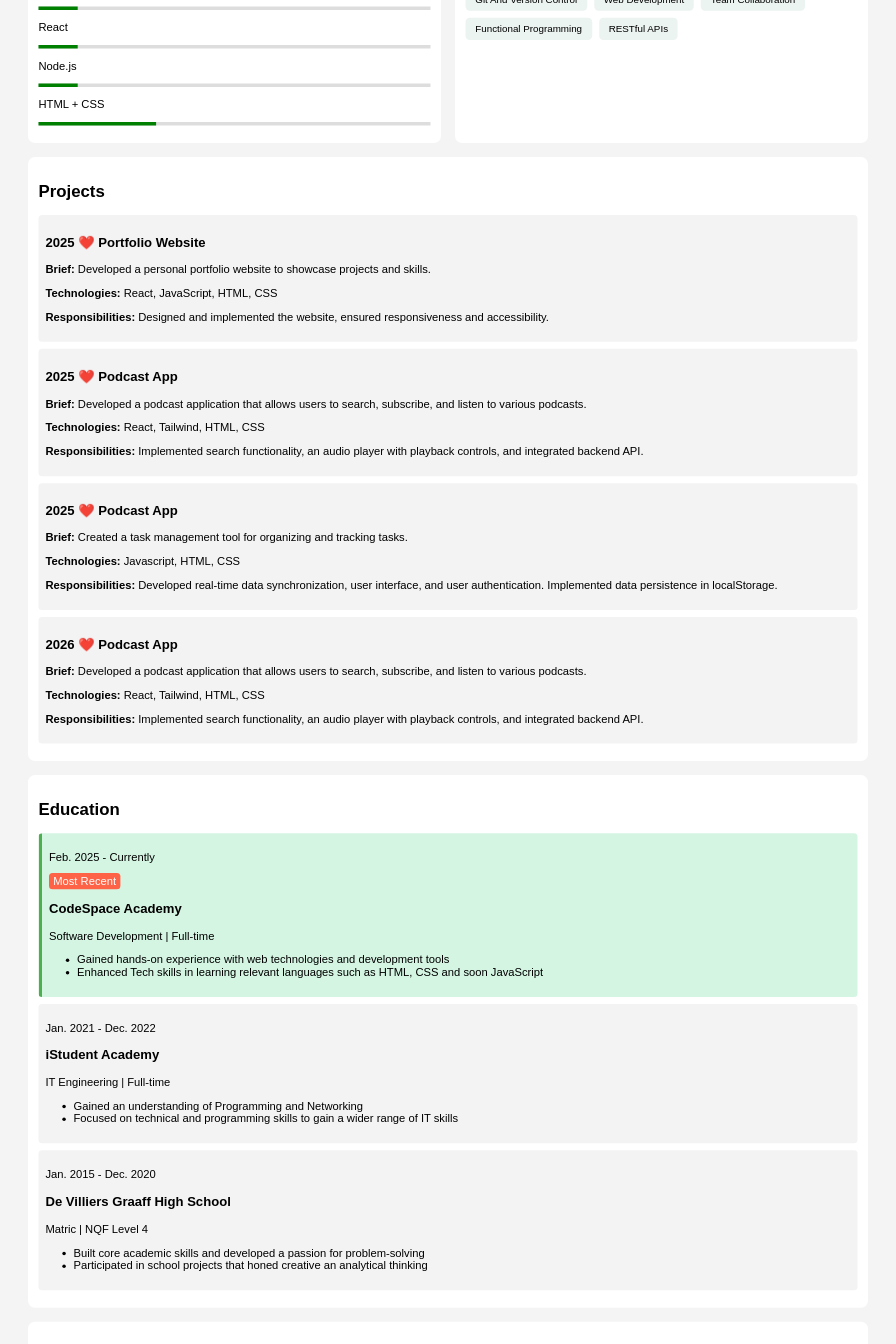
Repository: andajonas/ANDJON25111_fto2502_A2_AndaJonas_SDF_Portfolio_Piece
Page: index.html
An editor plug-in stored every save of this project. The page is shown before and after a run of saves, followed by the edit.
The browser window is 1280 px wide. The pictures show the part of the page from y = 345 to 2265 px (the page is 3128 px tall), at 70% of full size.
A picture or video elsewhere on the page could not be fetched, so the positions and the page height are approximate.

Above is the page before, as saved 2025-04-03 18:24:46.

### index.html
<!DOCTYPE html>
<html lang="en">
<head>
    <meta charset="UTF-8">
    <meta name="viewport" content="width=device-width, initial-scale=1.0">
    <title>Developer Resume</title>
    <link rel="stylesheet" href="styles.css">
</head>
<body>

<div class="container">
    <!-- Profile Section -->
    <section class="profile">
        <img src="profile.jpg" alt="Profile Picture" class="profile-pic">
        <div class="profile-info">
            <h1>Anda Jonas</h1>
            <p>I am a beginner Software Developer passionate about building clean and responsive websites that are aesthetically pleasing as well as functional. I am always seeking to refine my skills and stay up to date with the latest trends.</p>
        </div>
    </section>

    <!-- Proficiency and Skills Section -->
    <section class="skills-container">
        <div class="proficiency">
            <h2>Proficiency</h2>
            <p><strong>Beginner Intermediate Advanced</strong></p>
            <p>JavaScript</p><div class="bar"><div class="progress" style="width: 10%;"></div></div>
            <p>React</p><div class="bar"><div class="progress" style="width: 10%;"></div></div>
            <p>Node.js</p><div class="bar"><div class="progress" style="width: 10%;"></div></div>
            <p>HTML + CSS</p><div class="bar"><div class="progress" style="width: 30%;"></div></div>
        </div>

        <div class="skills">
            <h2>Skills</h2>
            <div class="skill-tags">
                <span class="skill-item">Software Development</span>
                <span class="skill-item">Agile</span>
                <span class="skill-item">UI Design</span>
                <span class="skill-item">Problem Solving</span>
                <span class="skill-item">Git And Version Control</span>
                <span class="skill-item">Web Development</span>
                <span class="skill-item">Team Collaboration</span>
                <span class="skill-item">Functional Programming</span>
                <span class="skill-item">RESTful APIs</span>
            </div>
        </div>
    </section>

    <!-- Projects Section -->
    <section class="projects">
        <h2>Projects</h2>
        <div class="project-card">
            <h3>2025 ❤️ Portfolio Website</h3>
            <p><strong>Brief:</strong> Developed a personal portfolio website to showcase projects and skills.</p>
            <p><strong>Technologies:</strong> React, JavaScript, HTML, CSS</p>
            <p><strong>Responsibilities:</strong> Designed and implemented the website, ensured responsiveness and accessibility.</p>
        </div>

        <div class="project-card">
            <h3>2025 ❤️ Podcast App</h3>
            <p><strong>Brief:</strong> Developed a podcast application that allows users to search, subscribe, and listen to various podcasts.</p>
            <p><strong>Technologies:</strong> React, Tailwind, HTML, CSS</p>
            <p><strong>Responsibilities:</strong> Implemented search functionality, an audio player with playback controls, and integrated backend API.</p>
        </div>

        <div class="project-card">
            <h3>2025 ❤️ Podcast App</h3>
            <p><strong>Brief:</strong> Created a task management tool for organizing and tracking tasks.</p>
            <p><strong>Technologies:</strong> Javascript, HTML, CSS</p>
            <p><strong>Responsibilities:</strong> Developed real-time data synchronization, user interface, and user authentication. Implemented data persistence in localStorage.</p>
        </div>

        <div class="project-card">
            <h3>2026 ❤️ Podcast App</h3>
            <p><strong>Brief:</strong> Developed a podcast application that allows users to search, subscribe, and listen to various podcasts.</p>
            <p><strong>Technologies:</strong> React, Tailwind, HTML, CSS</p>
            <p><strong>Responsibilities:</strong> Implemented search functionality, an audio player with playback controls, and integrated backend API.</p>
        </div>
    </section>

    <!-- Education Section -->
    <section class="education">
        <h2>Education</h2>
        <div class="education-card green">
            <div class="exp-header">
                <p class="date">Feb. 2025 - Currently</p>
                <span class="tag">Most Recent</span>
            </div>
            <h3>CodeSpace Academy</h3>
            <p class="company">Software Development | Full-time</p>
            <ul>
                <li>Gained hands-on experience with web technologies and development tools</li>
                 <li>Enhanced Tech skills in learning relevant languages such as HTML, CSS and soon JavaScript</li>
        </div>

        <div class="education-card">
            <p class="date">Jan. 2021 - Dec. 2022</p>
            <h3>iStudent Academy</h3>
            <p class="company">IT Engineering | Full-time</p>
            <ul>
                <li>Gained an understanding of Programming and Networking</li>
                <li>Focused on technical and programming skills to gain a wider range of IT skills</li>
            </ul>
        </div>
        <div class="education-card">
            <p class="date">Jan. 2015 - Dec. 2020</p>
            <h3>De Villiers Graaff High School</h3>
            <p class="company">Matric | NQF Level 4</p>
            <ul>
                <li>Built core academic skills and developed a passion for problem-solving</li>
                <li>Participated in school projects that honed creative an analytical thinking</li>
            </ul>
        </div>
    </section>

    <!-- Experience Section -->
    <section class="experience">
        <h2>Experience</h2>
        <div class="experience-card green">
            <div class="exp-header">
                <p class="date">Sep. 2024 - Jan 2025</p>
                <span class="tag">Most Recent</span>
            </div>
            <h3>Customer Service Representative</h3>
            <p class="company">Amazon | Full-time</p>
            <ul>
                <li>Support customers, drivers and Delivery Service Partners to ensure successful deliveries</li>
                <li>Prevent issues and solve customer queries through phone, email or chat.</li>
        </div>

        <div class="experience-card">
            <p class="date">Sept. 2023 - Jul. 2024</p>
            <h3>Quality Assesor</h3>
            <p class="company">Liberty | Full-time</p>
            <ul>
                <li>Enhance the customer experience journey by quality assessing call center interactions(calls), enable low risk and zero surprises BAU and producing reports</li>
                <li>Contribute towards continuous improvement initiatives to improve compliance, processes, systems and skills</li>
            </ul>
        </div>
        <div class="experience-card">
            <p class="date">Feb. 2023 - Sept. 2023</p>
            <h3>Sales Agent | Insurance</h3>
            <p class="company">Liberty | Full-time</p>
            <ul>
                <li>Conduct outbound calls in a professional manner, ensuring excellent and accurate client service</li>
                <li>Sell the company's Life Insurance and Services to potential customers</li>
            </ul>
        </div>
    </section>

    <!-- Contact Section -->
    <section class="contact">
        <p class="contact-text">Let's chat! I'm ready to work on exciting projects.</p>
        <p class="contact-links">
            <a href="mailto:andajonas63@gmail.com">andajonas63@gmail.com</a> |
            <a href="tel:+27655461522"> 065 546 1522</a> |
            <a href="https://www.linkedin.com/in/anda-jonas/" target="_blank" rel="noopener noreferrer">LinkedIn</a> |
            <a href="https://github.com/andajonas" target="_blank" rel="noopener noreferrer"> GitHub</a>
        </p>
    </section>
</div>

</body>
</html>

### styles.css
/* General Layout */
body {
    font-family: Arial, sans-serif;
    margin: 0;
    padding: 0;
    background: #f4f4f4;
}

.container {
    max-width: 1200px;
    margin: auto;
    display: flex;
    flex-direction: column;
    gap: 20px;
}

/* Profile Section */
.profile {
    display: flex;
    align-items: center;
    padding: 20px;
    background: white;
    border-radius: 10px;
}

.profile-pic {
    width: 144px;
    height: 144px;
    border-radius: 24px;
    object-fit: cover;
    margin-right: 20px;
}

/* Skills Section */
.skills-container {
    display: flex;
    gap: 20px;
}

.proficiency, .skills {
    background: white;
    padding: 15px;
    border-radius: 10px;
    width: 50%;
}

.bar {
    width: 100%;
    height: 5px;
    background: #ddd;
    margin-bottom: 10px;
}

.progress {
    height: 5px;
    background: green;
}

.skill-tags {
    display: flex;
    flex-wrap: wrap;
    gap: 10px;
}

.skill-item {
    background: #ecf4f1;
    padding: 8px 14px;
    border-radius: 6px;
    font-size: 14px;
    display: inline-block;
}

/* Projects Section */
.projects {
    background: white;
    padding: 15px;
    border-radius: 10px;
    display: grid;
}

.project-card {
    background: #f3f3f3;
    padding: 10px;
    border-radius: 5px;
    margin-bottom: 10px;
}

/* Education Section */
.education {
    background: white;
    padding: 15px;
    border-radius: 10px;
}

.education-card {
    background: #f3f3f3;
    padding: 10px;
    border-radius: 5px;
    margin-bottom: 10px;
}

/* Experience Section */
.experience {
    background: white;
    padding: 15px;
    border-radius: 10px;
}

.experience-card {
    background: #f3f3f3;
    padding: 10px;
    border-radius: 5px;
    margin-bottom: 10px;
}

.green {
    background: #d5f5e3;
    border-left: 5px solid #4caf50;
}

.tag {
    background: #ff6347;
    color: white;
    padding: 3px 6px;
    border-radius: 5px;
}

/* Contact Section */
.contact {
    background: #d35d36;
    color: white;
    text-align: center;
    padding: 15px;
    border-radius: 10px;
}

.contact-links a {
    color: white;
    font-weight: bold;
    text-decoration: none;
}

After the next 2 saves:
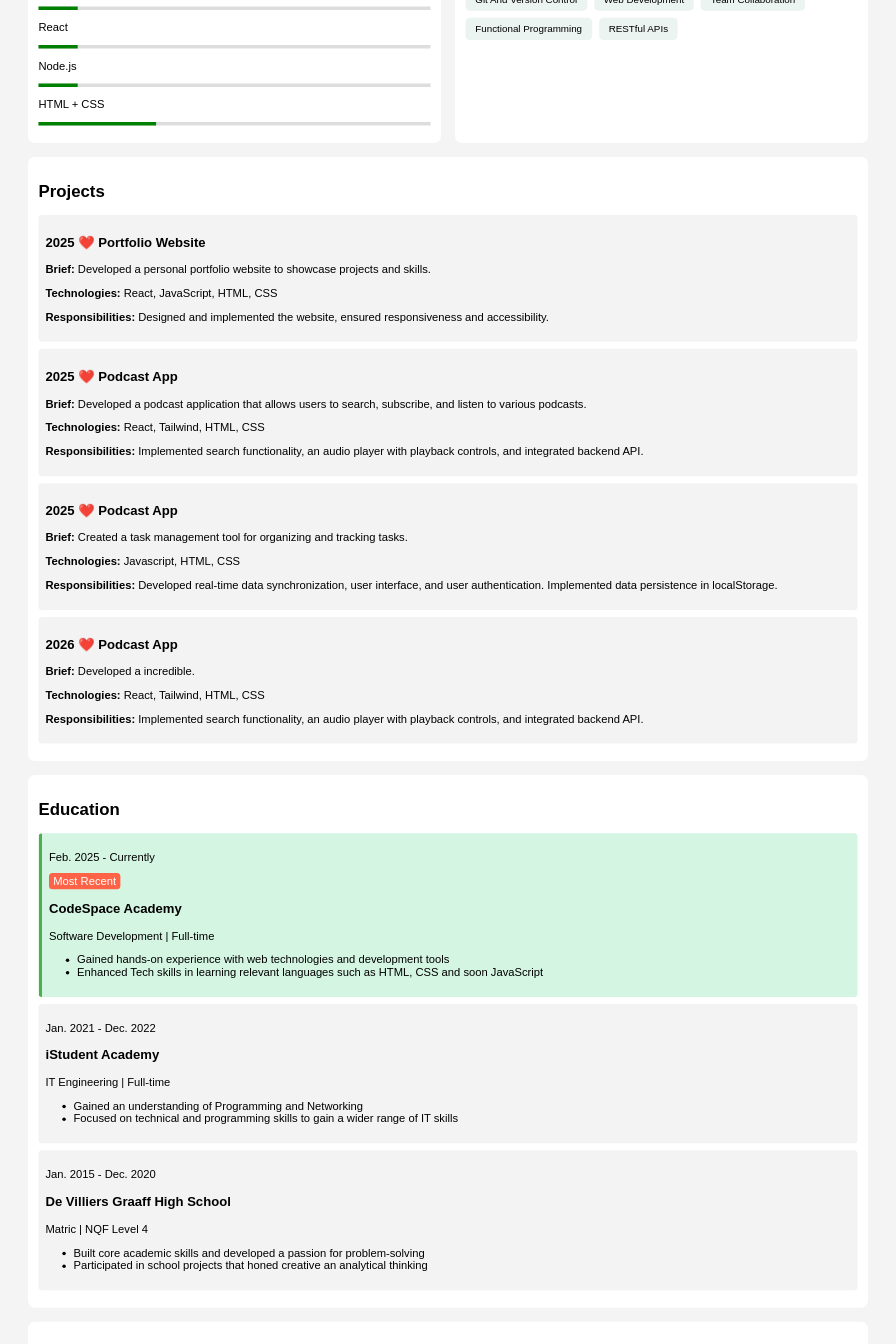
The 2 saves are shown as one change because they came seconds apart.
The last was saved 20 s later.
--- a/index.html
+++ b/index.html
@@ -71,7 +71,7 @@
 
         <div class="project-card">
             <h3>2026 ❤️ Podcast App</h3>
-            <p><strong>Brief:</strong> Developed a podcast application that allows users to search, subscribe, and listen to various podcasts.</p>
+            <p><strong>Brief:</strong> Developed a incredible.</p>
             <p><strong>Technologies:</strong> React, Tailwind, HTML, CSS</p>
             <p><strong>Responsibilities:</strong> Implemented search functionality, an audio player with playback controls, and integrated backend API.</p>
         </div>
